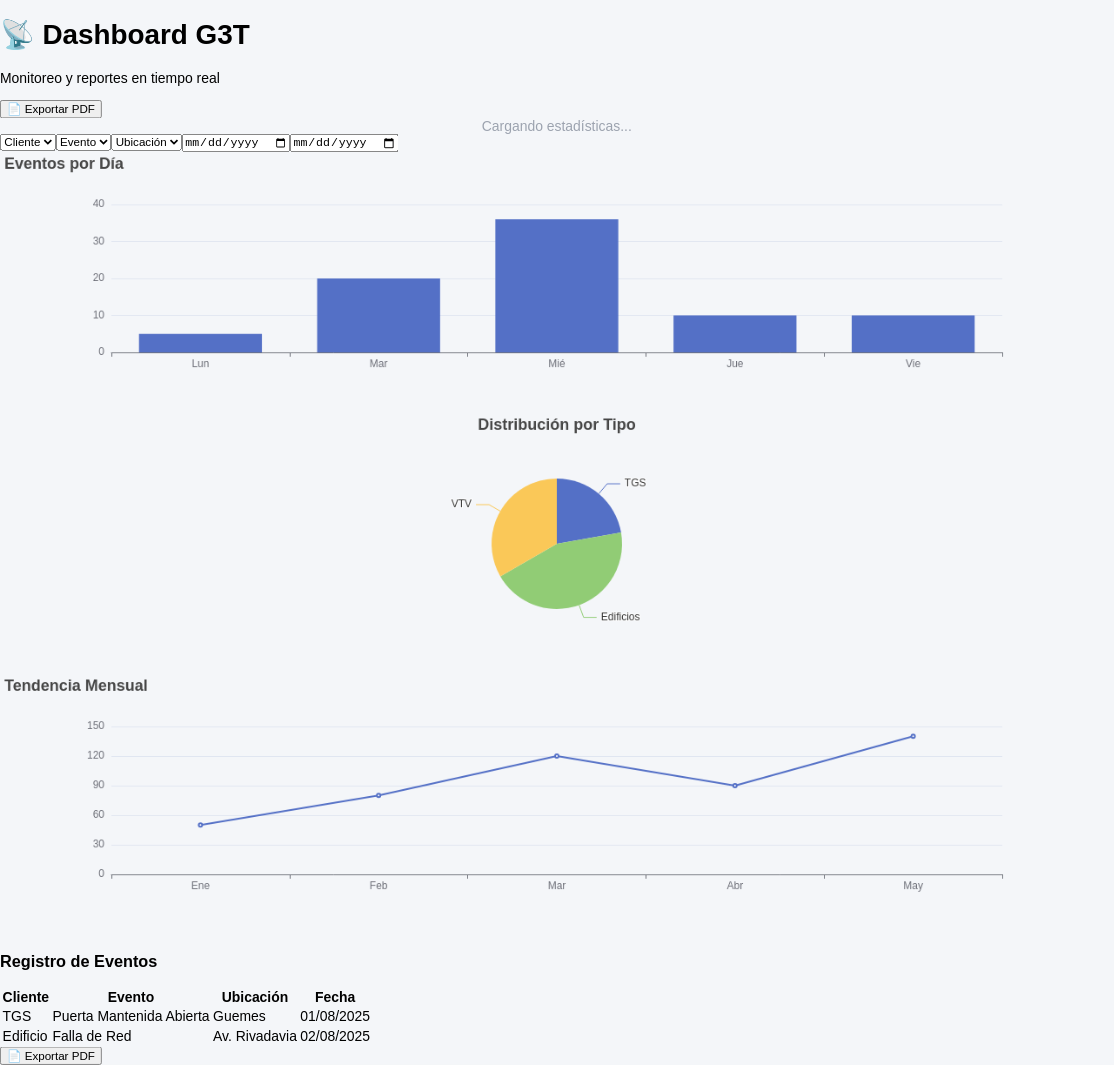
Repository: BBrian11/reportes
Page: /
An editor plug-in stored every save of this project. The page is shown before and after the next save, followed by the edit.
The browser window is 1280 px wide. The pictures show the whole page, at 87% of full size.
The project was rebuilt for these pictures with package versions that can differ from the ones it lists, and the page was loaded fresh each time. Also part of the build but not shown: vite.config.js, src/styles/form.css.

Above is the page before, as saved 2025-07-29 16:25:39.

After the next save:
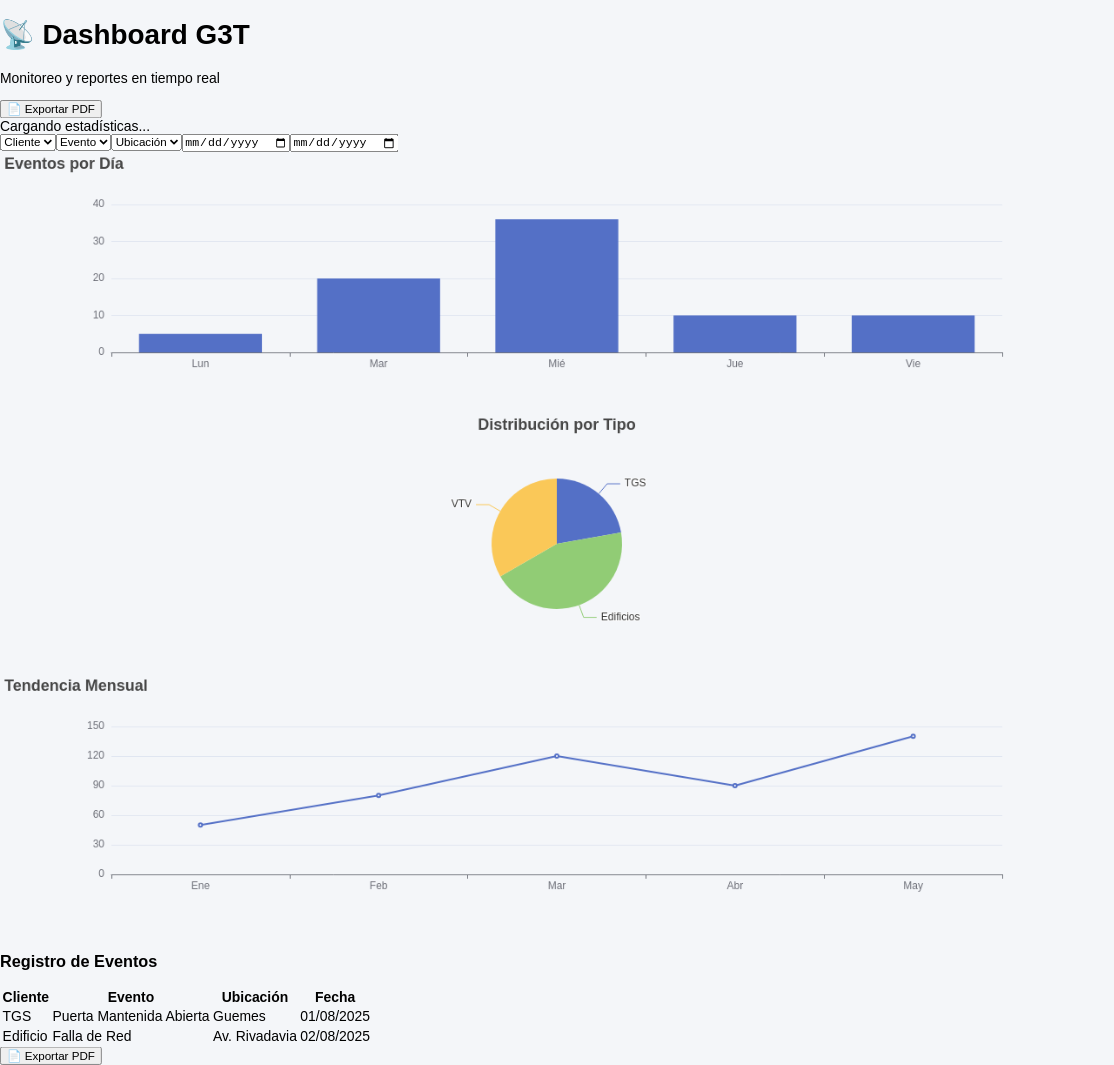
Saved 22 s later.
--- a/src/components/Dashboard/StatsCards.jsx
+++ b/src/components/Dashboard/StatsCards.jsx
@@ -1,10 +1,11 @@
 import React from "react";
-import "../../styles/statscards.css"; // Nuevo CSS
 
 export default function StatsCards({ eventos }) {
   if (!eventos || eventos.length === 0) {
     return (
-      <div className="loading-message">Cargando estadísticas...</div>
+      <div className="flex justify-center items-center text-gray-500 mb-6 animate-pulse">
+        Cargando estadísticas...
+      </div>
     );
   }
 
@@ -18,6 +19,7 @@
 
   const eventoMasFrecuente = Object.entries(eventCount).sort((a, b) => b[1] - a[1])[0][0];
   const ubicacionMasFrecuente = Object.entries(locationCount).sort((a, b) => b[1] - a[1])[0][0];
+
   const eventosCriticosLista = ["alarma", "puerta forzada", "coacción", "pánico", "intrusión", "robo"];
   const eventoCritico =
     eventos.find((e) =>
@@ -27,20 +29,22 @@
     )?.evento || "Sin Evento Crítico";
 
   const stats = [
-    { icon: "📊", title: "Evento más frecuente", value: eventoMasFrecuente },
-    { icon: "📍", title: "Ubicación con más eventos", value: ubicacionMasFrecuente },
-    { icon: "⚠", title: "Evento crítico detectado", value: eventoCritico },
+    { icon: "📊", title: "Evento más frecuente", value: eventoMasFrecuente, color: "text-blue-600 bg-blue-100" },
+    { icon: "📍", title: "Ubicación con más eventos", value: ubicacionMasFrecuente, color: "text-green-600 bg-green-100" },
+    { icon: "⚠", title: "Evento crítico detectado", value: eventoCritico, color: "text-red-600 bg-red-100" },
   ];
 
   return (
-    <div className="stats-grid">
+    <div className="grid grid-cols-1 md:grid-cols-3 gap-6 mb-6">
       {stats.map((stat, index) => (
-        <div key={index} className="stats-card">
-          <div className="stats-icon">{stat.icon}</div>
-          <div>
-            <p className="stats-title">{stat.title}</p>
-            <h2 className="stats-value">{stat.value}</h2>
+        <div key={index} className="bg-white rounded-xl shadow hover:shadow-lg transition p-6">
+          <div className="flex items-center gap-4 mb-3">
+            <div className={`w-12 h-12 flex items-center justify-center rounded-full ${stat.color}`}>
+              <span className="text-2xl">{stat.icon}</span>
+            </div>
+            <h4 className="text-gray-700 font-semibold">{stat.title}</h4>
           </div>
+          <h2 className="text-xl font-bold text-gray-900">{stat.value}</h2>
         </div>
       ))}
     </div>

After the save that followed:
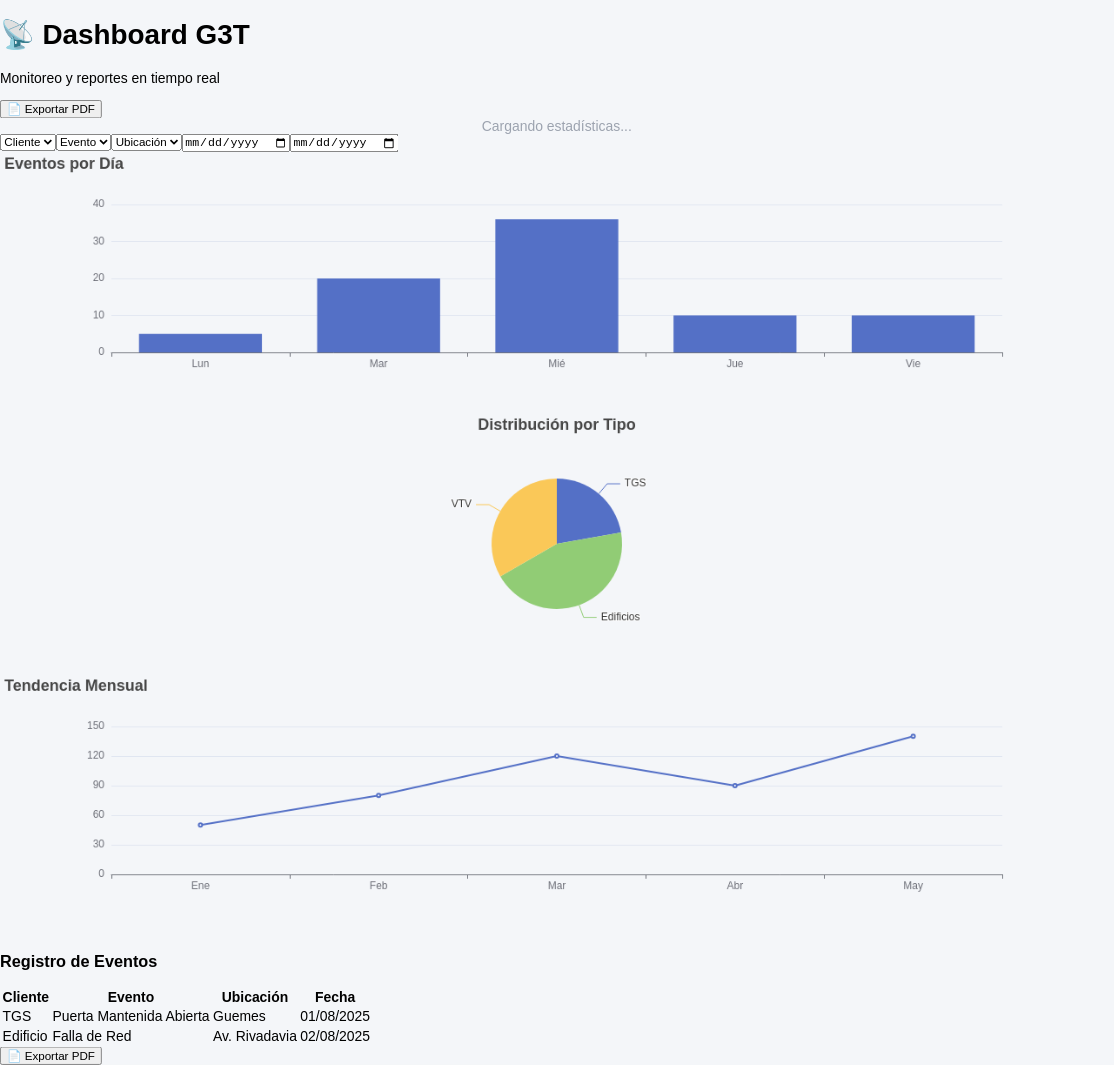
Saved 56 s later.
--- a/src/components/Dashboard/StatsCards.jsx
+++ b/src/components/Dashboard/StatsCards.jsx
@@ -1,12 +1,9 @@
 import React from "react";
+import "../../styles/statscards.css";
 
 export default function StatsCards({ eventos }) {
   if (!eventos || eventos.length === 0) {
-    return (
-      <div className="flex justify-center items-center text-gray-500 mb-6 animate-pulse">
-        Cargando estadísticas...
-      </div>
-    );
+    return <div className="loading-message">Cargando estadísticas...</div>;
   }
 
   const eventCount = {};
@@ -29,22 +26,20 @@
     )?.evento || "Sin Evento Crítico";
 
   const stats = [
-    { icon: "📊", title: "Evento más frecuente", value: eventoMasFrecuente, color: "text-blue-600 bg-blue-100" },
-    { icon: "📍", title: "Ubicación con más eventos", value: ubicacionMasFrecuente, color: "text-green-600 bg-green-100" },
-    { icon: "⚠", title: "Evento crítico detectado", value: eventoCritico, color: "text-red-600 bg-red-100" },
+    { icon: "📊", title: "Evento más frecuente", value: eventoMasFrecuente },
+    { icon: "📍", title: "Ubicación con más eventos", value: ubicacionMasFrecuente },
+    { icon: "⚠", title: "Evento crítico detectado", value: eventoCritico },
   ];
 
   return (
-    <div className="grid grid-cols-1 md:grid-cols-3 gap-6 mb-6">
+    <div className="stats-grid">
       {stats.map((stat, index) => (
-        <div key={index} className="bg-white rounded-xl shadow hover:shadow-lg transition p-6">
-          <div className="flex items-center gap-4 mb-3">
-            <div className={`w-12 h-12 flex items-center justify-center rounded-full ${stat.color}`}>
-              <span className="text-2xl">{stat.icon}</span>
-            </div>
-            <h4 className="text-gray-700 font-semibold">{stat.title}</h4>
+        <div key={index} className="stats-card">
+          <div className="stats-icon">{stat.icon}</div>
+          <div>
+            <p className="stats-title">{stat.title}</p>
+            <h2 className="stats-value">{stat.value}</h2>
           </div>
-          <h2 className="text-xl font-bold text-gray-900">{stat.value}</h2>
         </div>
       ))}
     </div>
